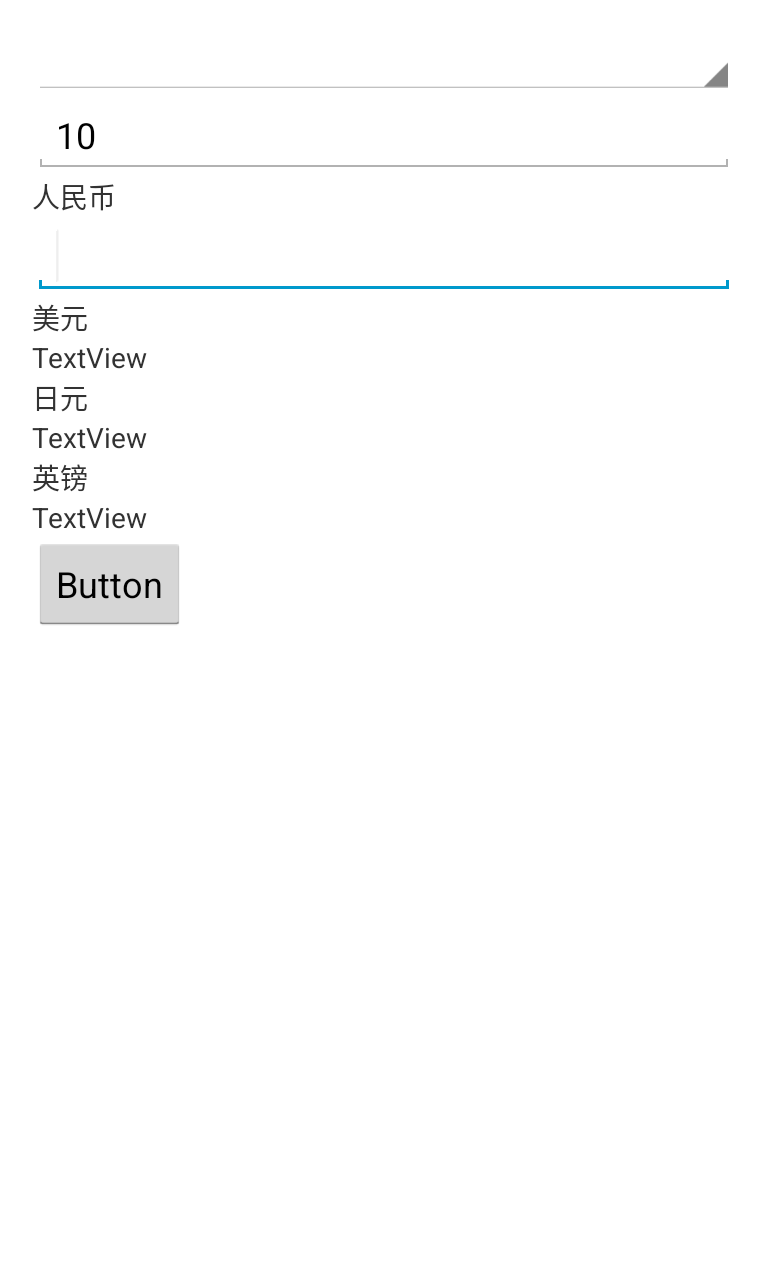
Repository: superlikex/Android_task
Layout: exchange/res/layout/activity_main.xml
An editor plug-in stored every save of this project. The layout is shown before and after the next save, followed by the edit.
It is drawn on a 768 x 1280 px phone screen (xhdpi) without system bars, with theme AppTheme; the app's code is not run.

Above is the layout before, as saved 2015-12-04 16:55:20.

### exchange/res/layout/activity_main.xml
<LinearLayout xmlns:android="http://schemas.android.com/apk/res/android"
    xmlns:tools="http://schemas.android.com/tools"
    android:layout_width="match_parent"
    android:layout_height="match_parent"
    android:orientation="vertical"
    android:paddingBottom="@dimen/activity_vertical_margin"
    android:paddingLeft="@dimen/activity_horizontal_margin"
    android:paddingRight="@dimen/activity_horizontal_margin"
    android:paddingTop="@dimen/activity_vertical_margin"
    tools:context="com.example.exchange.MainActivity" >

    <!--
        TextView
        android:layout_width="wrap_content"
        android:layout_height="wrap_content"
        android:text="@string/hello_world" /
    -->

    <Spinner
        android:id="@+id/spinner1"
        android:layout_width="match_parent"
        android:layout_height="wrap_content" />

    <EditText
        android:id="@+id/editText1"
        android:layout_width="match_parent"
        android:layout_height="wrap_content"
        android:ems="10"
        android:inputType="numberDecimal"
        android:text="10">


    </EditText>

    <TextView
        android:id="@+id/textView1"
        android:layout_width="wrap_content"
        android:layout_height="wrap_content"
        android:text="人民币" />

    <EditText
        android:id="@+id/editText2"
        android:layout_width="match_parent"
        android:layout_height="wrap_content"
        android:ems="10"
        android:inputType="numberDecimal" >

        <requestFocus />
    </EditText>

    <TextView
        android:id="@+id/textView2"
        android:layout_width="wrap_content"
        android:layout_height="wrap_content"
        android:text="美元" />

    <TextView
        android:id="@+id/textView3"
        android:layout_width="wrap_content"
        android:layout_height="wrap_content"
        android:text="TextView" />

    <TextView
        android:id="@+id/textView4"
        android:layout_width="wrap_content"
        android:layout_height="wrap_content"
        android:text="日元" />

    <TextView
        android:id="@+id/textView5"
        android:layout_width="wrap_content"
        android:layout_height="wrap_content"
        android:text="TextView" />

    <TextView
        android:id="@+id/textView6"
        android:layout_width="wrap_content"
        android:layout_height="wrap_content"
        android:text="英镑" />

    <TextView
        android:id="@+id/textView7"
        android:layout_width="wrap_content"
        android:layout_height="wrap_content"
        android:text="TextView" />

    <Button
        android:id="@+id/button1"
        android:layout_width="wrap_content"
        android:layout_height="wrap_content"
        android:text="Button" />

</LinearLayout>

### exchange/res/values/strings.xml
<?xml version="1.0" encoding="utf-8"?>
<resources>

    <string name="app_name">exchange</string>
    <string name="hello_world">Hello world!</string>
    <string name="action_settings">Settings</string>

</resources>

Loaded but not shown: exchange/res/values/styles.xml (common file); exchange/res/values-v11/styles.xml (common file); exchange/res/values-v14/styles.xml (common file); exchange/res/values/dimens.xml (common file); exchange/res/values-w820dp/dimens.xml (common file)

After the next save:
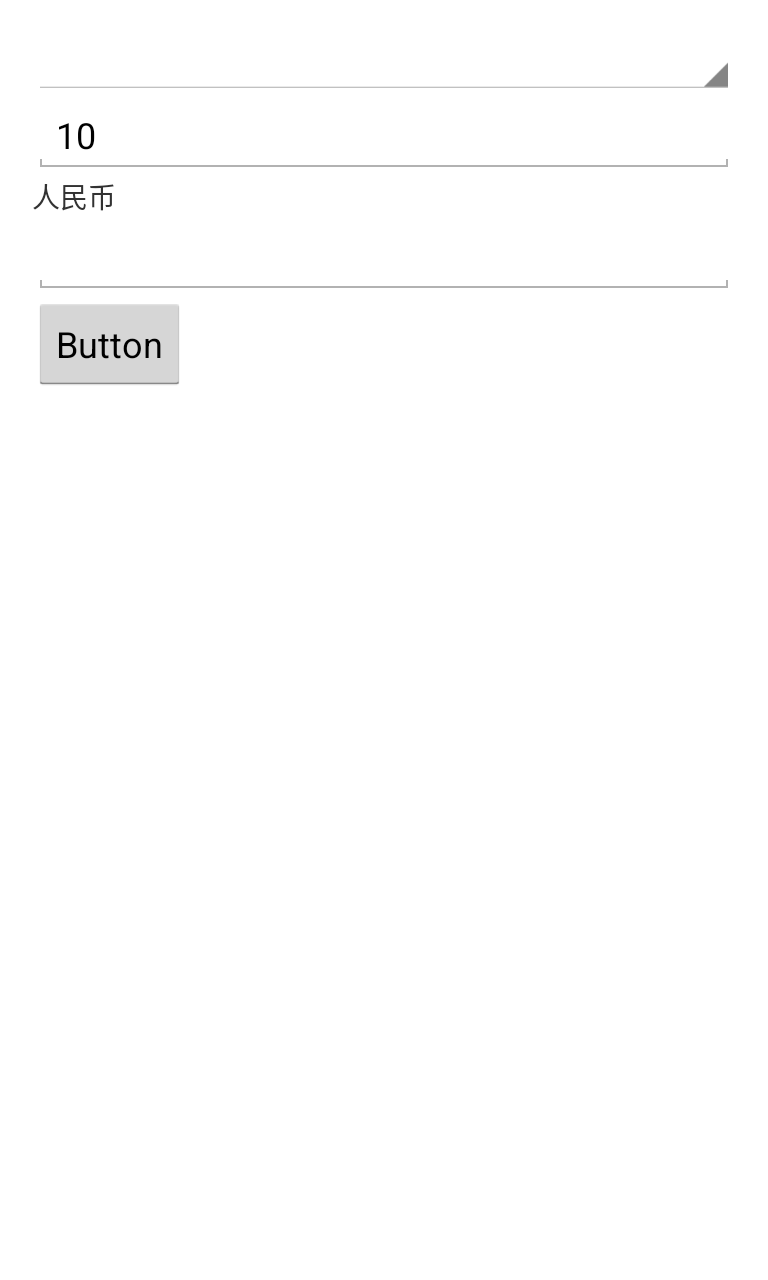
Saved 40 s later.
--- a/exchange/res/layout/activity_main.xml
+++ b/exchange/res/layout/activity_main.xml
@@ -45,44 +45,10 @@
         android:ems="10"
         android:inputType="numberDecimal" >
 
-        <requestFocus />
+
     </EditText>
 
-    <TextView
-        android:id="@+id/textView2"
-        android:layout_width="wrap_content"
-        android:layout_height="wrap_content"
-        android:text="美元" />
 
-    <TextView
-        android:id="@+id/textView3"
-        android:layout_width="wrap_content"
-        android:layout_height="wrap_content"
-        android:text="TextView" />
-
-    <TextView
-        android:id="@+id/textView4"
-        android:layout_width="wrap_content"
-        android:layout_height="wrap_content"
-        android:text="日元" />
-
-    <TextView
-        android:id="@+id/textView5"
-        android:layout_width="wrap_content"
-        android:layout_height="wrap_content"
-        android:text="TextView" />
-
-    <TextView
-        android:id="@+id/textView6"
-        android:layout_width="wrap_content"
-        android:layout_height="wrap_content"
-        android:text="英镑" />
-
-    <TextView
-        android:id="@+id/textView7"
-        android:layout_width="wrap_content"
-        android:layout_height="wrap_content"
-        android:text="TextView" />
 
     <Button
         android:id="@+id/button1"
